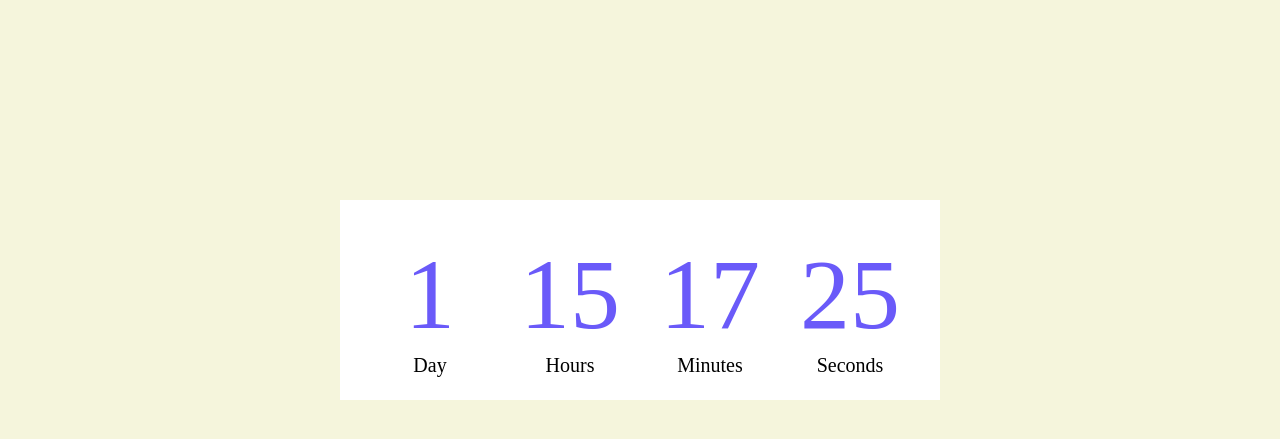
Repository: tienbkvn0605/counddown-demo
Page: index.html
An editor plug-in stored every save of this project. The page is shown before and after the next save, followed by the edit.
The browser window is 1280 px wide. The pictures show the whole page.

Above is the page before, as saved 2022-10-04 23:59:55.

After the next save:
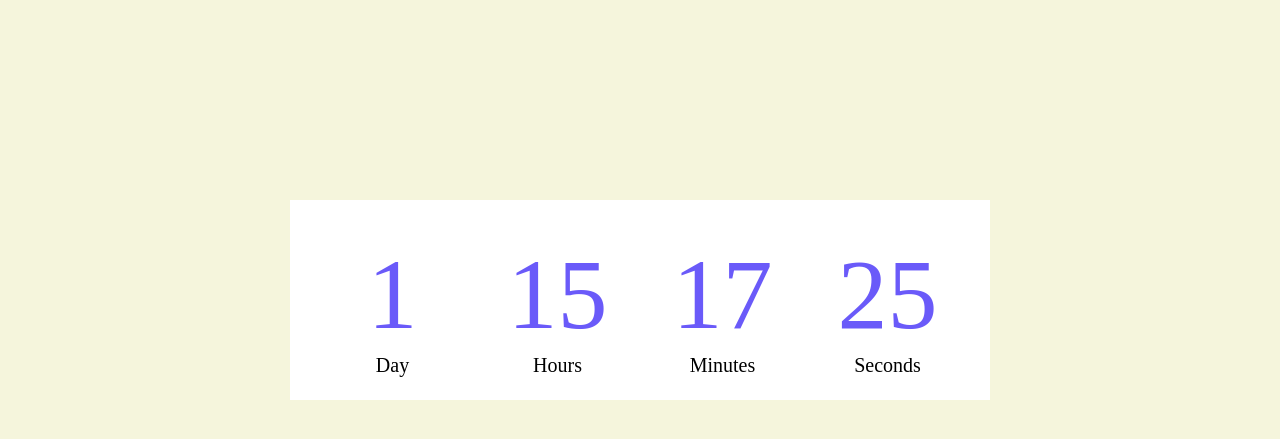
Saved 8 s later.
--- a/style.css
+++ b/style.css
@@ -5,7 +5,7 @@ ul {
   list-style: none;
 }
 .countdown {
-  width: 600px;
+  width: 700px;
   height: 200px;
   margin: 200px auto;
   background-color: white;
